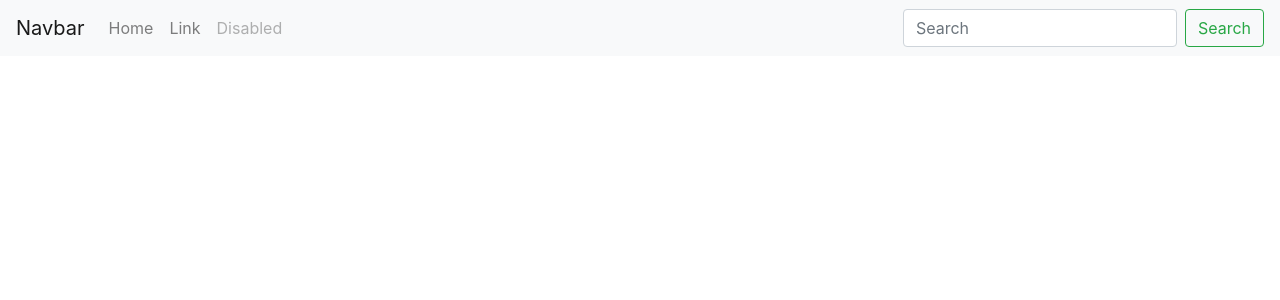
Repository: Mietlicha/exercise2
Page: index.html
The author's editor kept a copy of each file at every save. The page is drawn from the files as they stood at one save, then again after the next save.
The browser window is 1280 px wide. The pictures show the whole page.

Above is the page before, as saved 2019-10-22 18:09:55.

After the next save:
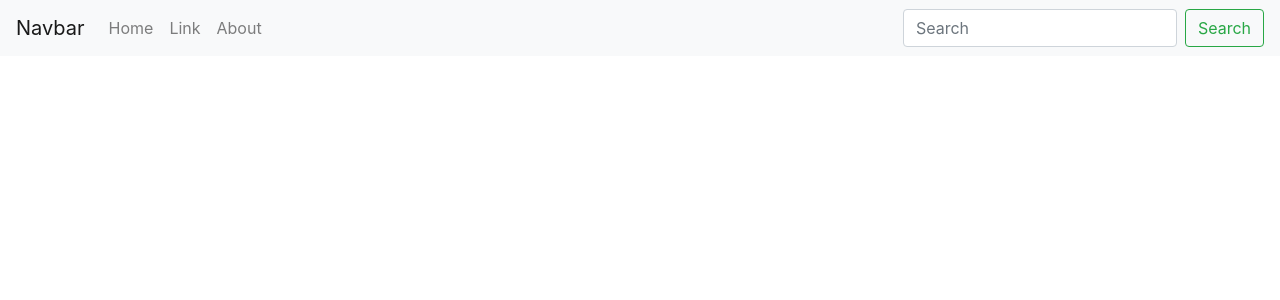
Saved 41 s later.
--- a/index.html
+++ b/index.html
@@ -28,7 +28,7 @@
               <a class="nav-link" href="#">Link</a>
             </li>
             <li class="nav-item">
-              <a class="nav-link disabled" href="#" tabindex="-1" aria-disabled="true">Disabled</a>
+              <a class="nav-link" href="#">About</a>
             </li>
           </ul>
           <form class="form-inline my-2 my-lg-0">
